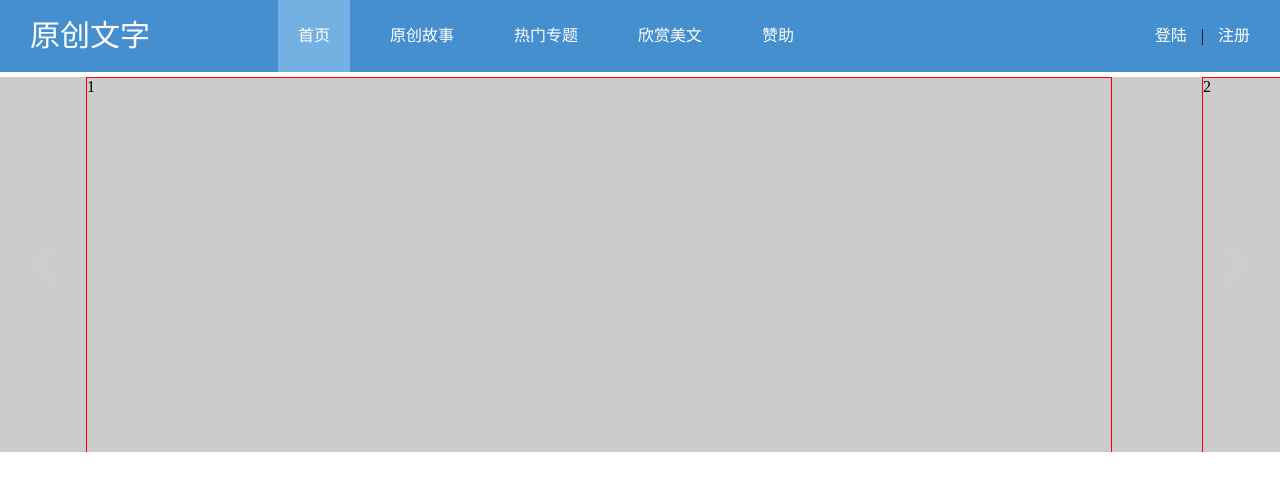
Repository: equation-zheng/Article
Page: http://localhost/Idles/
These files come from the project's save history. The page is drawn as it stood at one moment and after the next save; the edit follows.
The browser window is 1280 px wide. The pictures show the whole page.
Some web libraries are served in a nearby version. The page is served by Tomcat 9.

Above is the page before, as saved 2017-12-06 03:57:09.

After the next save:
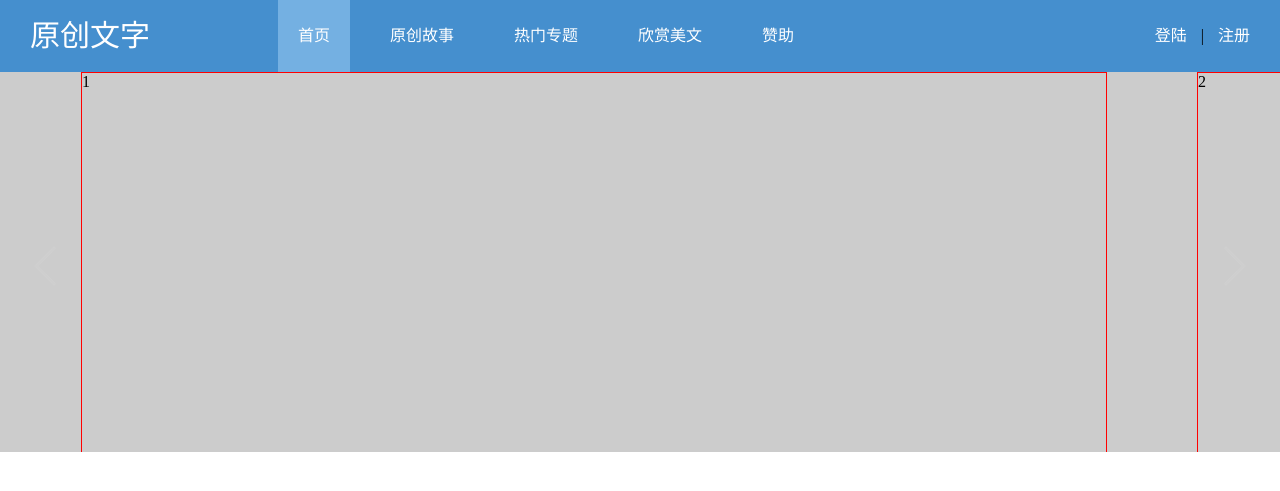
Saved 11 s later.
--- a/Service/apache-tomcat-7.0.82/Idles/WebContent/index.jsp
+++ b/Service/apache-tomcat-7.0.82/Idles/WebContent/index.jsp
@@ -85,7 +85,7 @@
 	.banner ul {
 		height: 380px;
 		width: 5520px;
-		border: solid 5px #fff;
+		border: solid 5px #red;
 		margin-left: -1125px;
 	}
 	.banner ul li {
